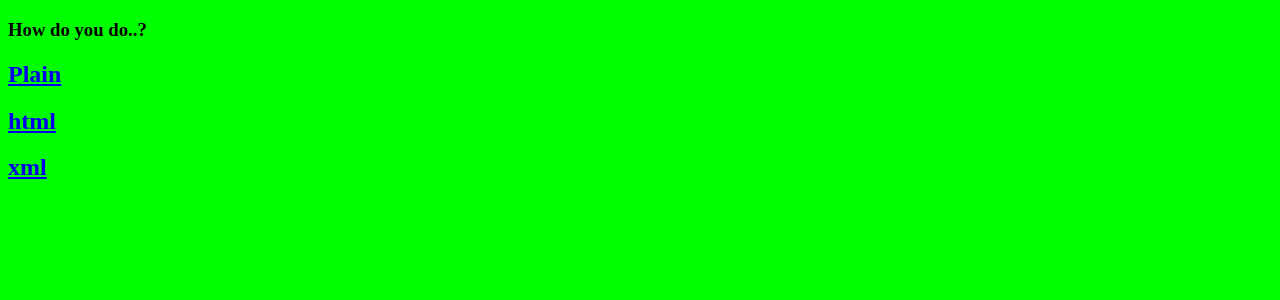
Repository: varshabataniya/Restful_WebService
Page: TrivagoHotel/WebContent/index.html
An editor plug-in stored every save of this project. The page is shown before and after the next save, followed by the edit.
The browser window is 1280 px wide. The pictures show the whole page.

Above is the page before, as saved 2019-07-25 06:44:25.

After the next save:
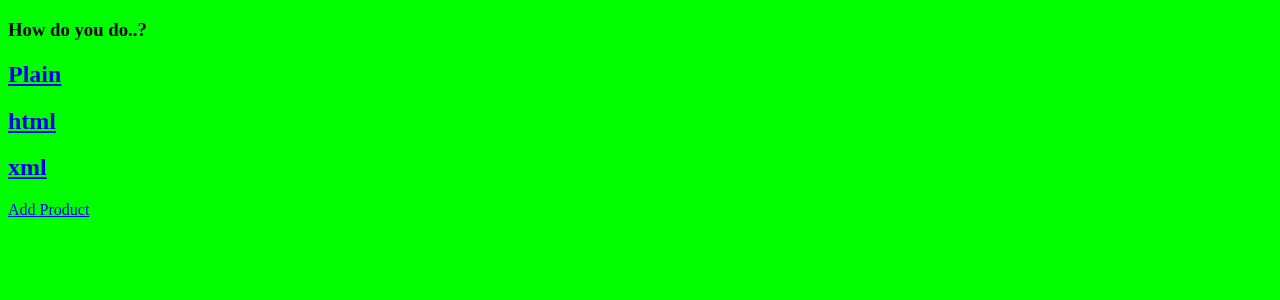
Saved 106 s later.
--- a/TrivagoHotel/WebContent/index.html
+++ b/TrivagoHotel/WebContent/index.html
@@ -14,5 +14,6 @@ body{
 	<h2><a href="http://localhost:8080/HelloWebService/zenRest/zenhello">Plain</a></h2>
 	<h2><a href="http://localhost:8080/HelloWebService/zenRest/zenhello/welcome">html</a></h2>
 	<h2><a href="http://localhost:8080/HelloWebService/zenRest/zenhello/welcomeXml">xml</a></h2>
+	<p><a href="addProduct.html">Add Product</a>
 </body>
 </html>
